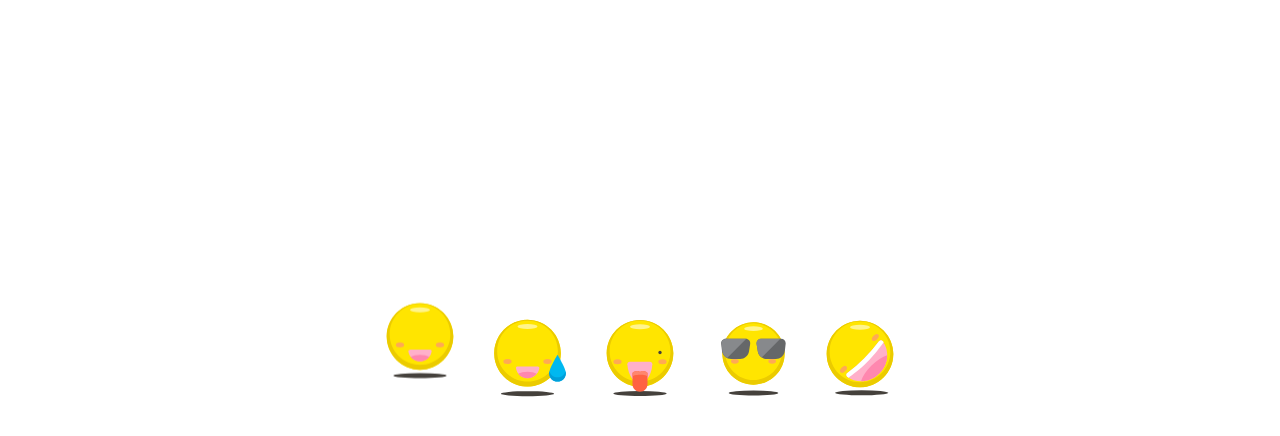
Repository: gyypwrs/css-practice
Page: emoji-jump/index.html
An editor plug-in stored every save of this project. The page is shown before and after the next save, followed by the edit.
The browser window is 1280 px wide. The pictures show the whole page.
The pointer rests on the first visible `li`.

Above is the page before, as saved 2022-05-07 11:42:58.

After the next save:
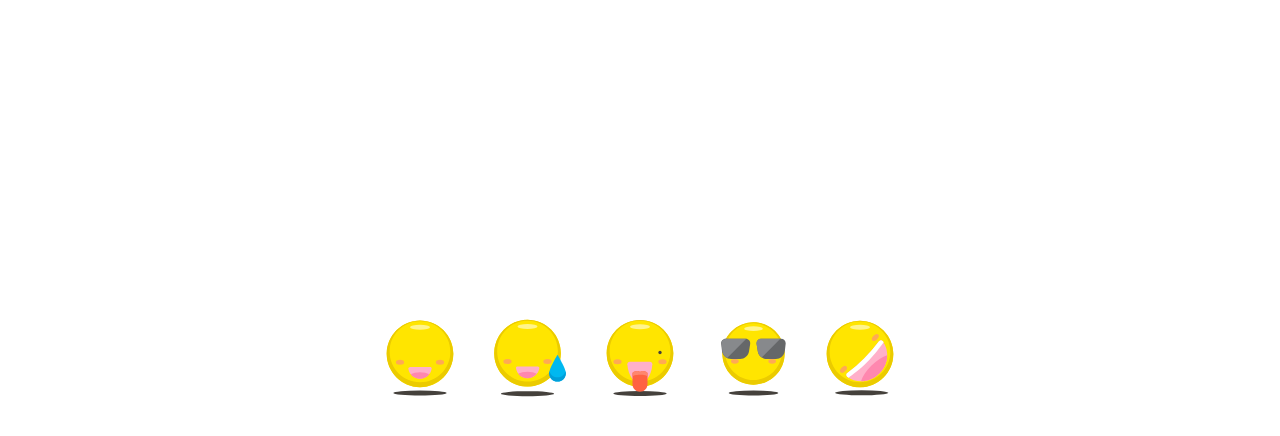
Saved 20 s later.
--- a/emoji-jump/index.html
+++ b/emoji-jump/index.html
@@ -35,7 +35,7 @@
         padding: 15px;
       }
       li:hover {
-        animation: translate 2s ease-in-out;
+        animation: translate 0.5 ease-in-out;
       }
       @keyframes translate {
         to {transform: translateY(-20px)}
